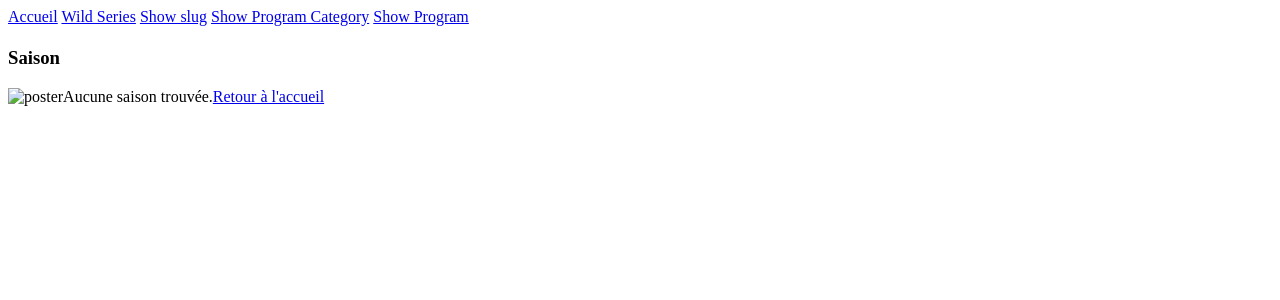
Repository: Khaleddwm/wild_series
Page: templates/wild/season.html.twig
An editor plug-in stored every save of this project. The page is shown before and after the next save, followed by the edit.
The browser window is 1280 px wide. The pictures show the whole page.
The page is a Twig template of a Symfony application; nobody is signed in and links lead nowhere. The template is opened directly, without the code that normally fills it, so the values that code supplies are empty.

Above is the page before, as saved 2020-05-27 17:26:57.

After the next save:
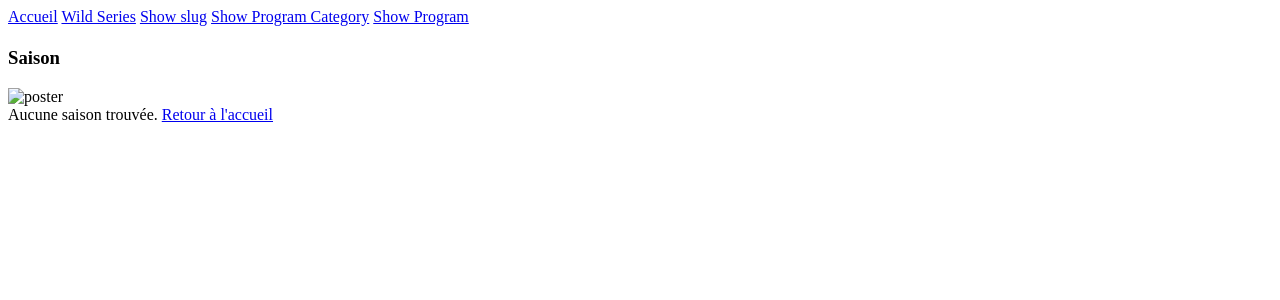
Saved 37 s later.
--- a/templates/wild/season.html.twig
+++ b/templates/wild/season.html.twig
@@ -11,9 +11,10 @@
             <div>
                 <h2>Episode {{ episode.number }}</h2>
                 <p>{{ episode.synopsis }}</p>
+                {% else %}
             </div>
         </div>
-    {% else %}
+
         Aucune saison trouvée.
     {% endfor %}
     <a href="{{ path('app_index') }}">
